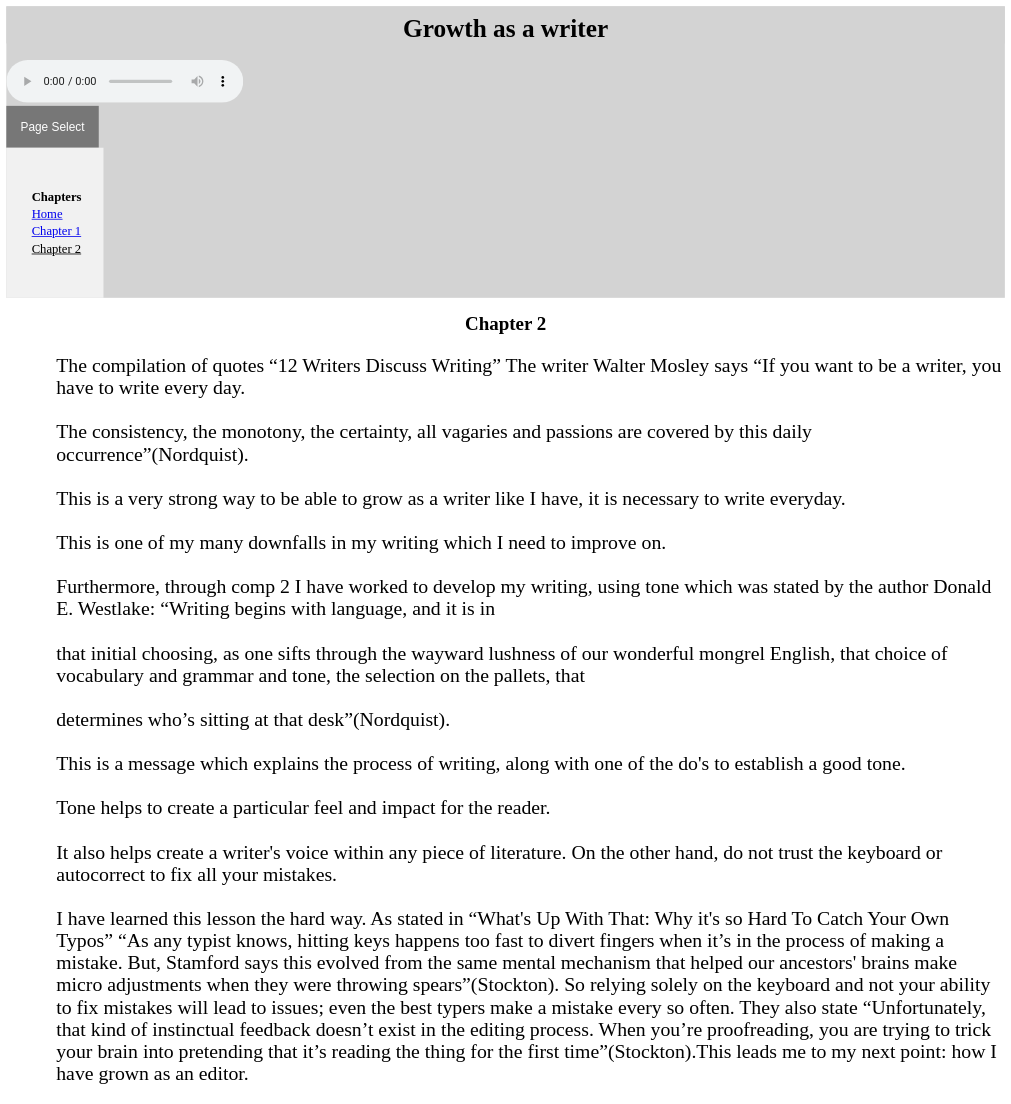
Repository: jpaisiem/WP-4
Page: Chapter2.html
An editor plug-in stored every save of this project. The page is shown before and after a run of saves, followed by the edit.
The browser window is 1280 px wide. The pictures show the whole page, at 79% of full size.

Above is the page before, as saved 2025-05-01 11:45:37.
Console error: TypeError: Cannot read properties of undefined (reading 'toggle')

### Chapter2.html
<!DOCTYPE html>
<html>
<head>
<meta name="viewport" content="width=device-width, initial-scale=1">
<style>
.collapsible {
  background-color: #777;
  color: white;
  cursor: pointer;
  padding: 18px;
  width: fit-content;
  border: none;
  text-align: left;
  outline: none;
  font-size: 15px;
}

.active, .collapsible:hover {
  background-color: #555;
}

.content {
  display: flex;
  flex-direction: column;
  overflow: hidden;
  background-color: #f1f1f1;
  width: fit-content;
  height: fit-content;
  padding-left: 2.3%;
  padding-right: 2%;
}
p
{
 font-size: 25px;
 text-align: left;
 margin-left: 5%;
}
</style>
<title>Growth as a writer - Chapter 2</title>
</head>
<body>
    <div style="background-color: lightgray; display: flex; flex-direction: column; margin-top: 0%;">
        <h1 style="text-align: center; background-color: lightgray; padding-top: 10px; margin-top: 0%;">Growth as a writer</h1>
        <div style="align-items: center;">
        <audio controls>
            <source src="audio.mp3" type="audio/mpeg">
        </audio>
        </div>
<button type="button" class="collapsible">Page Select</button>
<div class="content">
  <p><table>
    <tr>
        <th>Chapters</th>
    </tr>
    <tr>
        <td><a href="index.html">Home</a></td>
    </tr>
    <tr>
        <td><a href="Chapter1.html">Chapter 1</a></td>
    </tr>
     <tr>
        <td><a href="Chapter2.html" style="color: black;">Chapter 2</a></td>
    </tr>
  </table></p>
</div>
    </div>
<div style="text-align: center;">
     <h2 style="text-align: center;">Chapter 2</h2>
     <p> The compilation of quotes “12 Writers Discuss Writing” The writer Walter Mosley says “If you want to be a writer, you have to write every day. <br><br>
      The consistency, the monotony, the certainty, all vagaries and passions are covered by this daily occurrence”(Nordquist). <br><br>
      This is a very strong way to be able to grow as a writer like I have, it is necessary to write everyday. <br><br>
      This is one of my many downfalls in my writing which I need to improve on. <br><br>
      Furthermore, through comp 2 I have worked to develop my writing, using tone which was stated by the author Donald E. Westlake:  “Writing begins with language, and it is in <br><br>that initial choosing, as one sifts through the wayward lushness of our wonderful mongrel English, that choice of vocabulary and grammar and tone, the selection on the pallets, that <br><br>determines who’s sitting at that desk”(Nordquist). <br><br>
      This is a message which explains the process of writing, along with one of the do's to establish a good tone.<br><br>
       Tone helps to create a particular feel and impact for the reader.<br><br>
        It also helps create a writer's voice within any piece of literature. On the other hand, do not trust the keyboard or autocorrect to fix all your mistakes. <br><br>
        I have learned this lesson the hard way.  As stated in “What's Up With That:  Why it's so Hard To Catch Your Own Typos” “As any typist knows, hitting keys happens too fast to divert fingers when it’s in the process of making a mistake. But, Stamford says this evolved from the same mental mechanism that helped our ancestors' brains make micro adjustments when they were throwing spears”(Stockton). So relying solely on the keyboard and not your ability to fix mistakes will lead to issues; even the best typers make a mistake every so often. They also state “Unfortunately, that kind of instinctual feedback doesn’t exist in the editing process. When you’re proofreading, you are trying to trick your brain into pretending that it’s reading the thing for the first time”(Stockton).This leads me to my next point: how I have grown as an editor.
</p>
</div>
<script>
var coll = document.getElementsByClassName("collapsible");
var i;

for (i = 0; i < coll.length; i++) {
  coll[i].addEventListener("click", function() {
    this.classList.toggle("active");
    var content = this.nextElementSibling;
    if (content.style.display === "block") {
      content.style.display = "none";
    } else {
      content.style.display = "block";
    }
  });
}
if(location.reload){
    this.classList.toggle("collapsible");
}
</script>

</body>
</html>

After the next 2 saves:
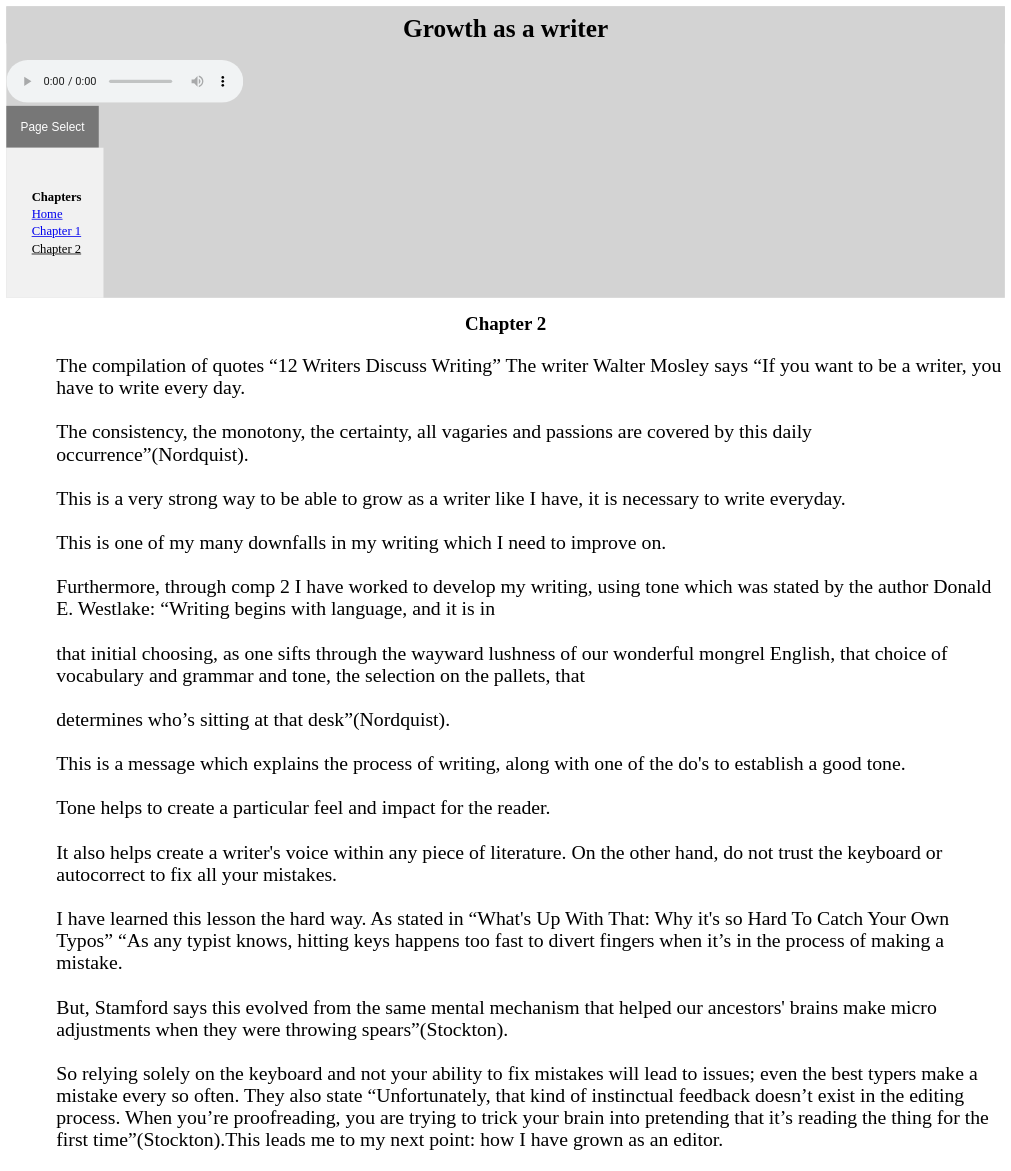
The 2 saves are shown as one change because they came seconds apart.
The last was saved 18 s later.
--- a/Chapter2.html
+++ b/Chapter2.html
@@ -74,7 +74,10 @@ p
       This is a message which explains the process of writing, along with one of the do's to establish a good tone.<br><br>
        Tone helps to create a particular feel and impact for the reader.<br><br>
         It also helps create a writer's voice within any piece of literature. On the other hand, do not trust the keyboard or autocorrect to fix all your mistakes. <br><br>
-        I have learned this lesson the hard way.  As stated in “What's Up With That:  Why it's so Hard To Catch Your Own Typos” “As any typist knows, hitting keys happens too fast to divert fingers when it’s in the process of making a mistake. But, Stamford says this evolved from the same mental mechanism that helped our ancestors' brains make micro adjustments when they were throwing spears”(Stockton). So relying solely on the keyboard and not your ability to fix mistakes will lead to issues; even the best typers make a mistake every so often. They also state “Unfortunately, that kind of instinctual feedback doesn’t exist in the editing process. When you’re proofreading, you are trying to trick your brain into pretending that it’s reading the thing for the first time”(Stockton).This leads me to my next point: how I have grown as an editor.
+        I have learned this lesson the hard way.  As stated in “What's Up With That:  Why it's so Hard To Catch Your Own Typos” “As any typist knows, hitting keys happens too fast to divert fingers when it’s in the process of making a mistake.
+        <br><br>
+        But, Stamford says this evolved from the same mental mechanism that helped our ancestors' brains make micro adjustments when they were throwing spears”(Stockton).
+        <br><br>So relying solely on the keyboard and not your ability to fix mistakes will lead to issues; even the best typers make a mistake every so often. They also state “Unfortunately, that kind of instinctual feedback doesn’t exist in the editing process. When you’re proofreading, you are trying to trick your brain into pretending that it’s reading the thing for the first time”(Stockton).This leads me to my next point: how I have grown as an editor.
 </p>
 </div>
 <script>
